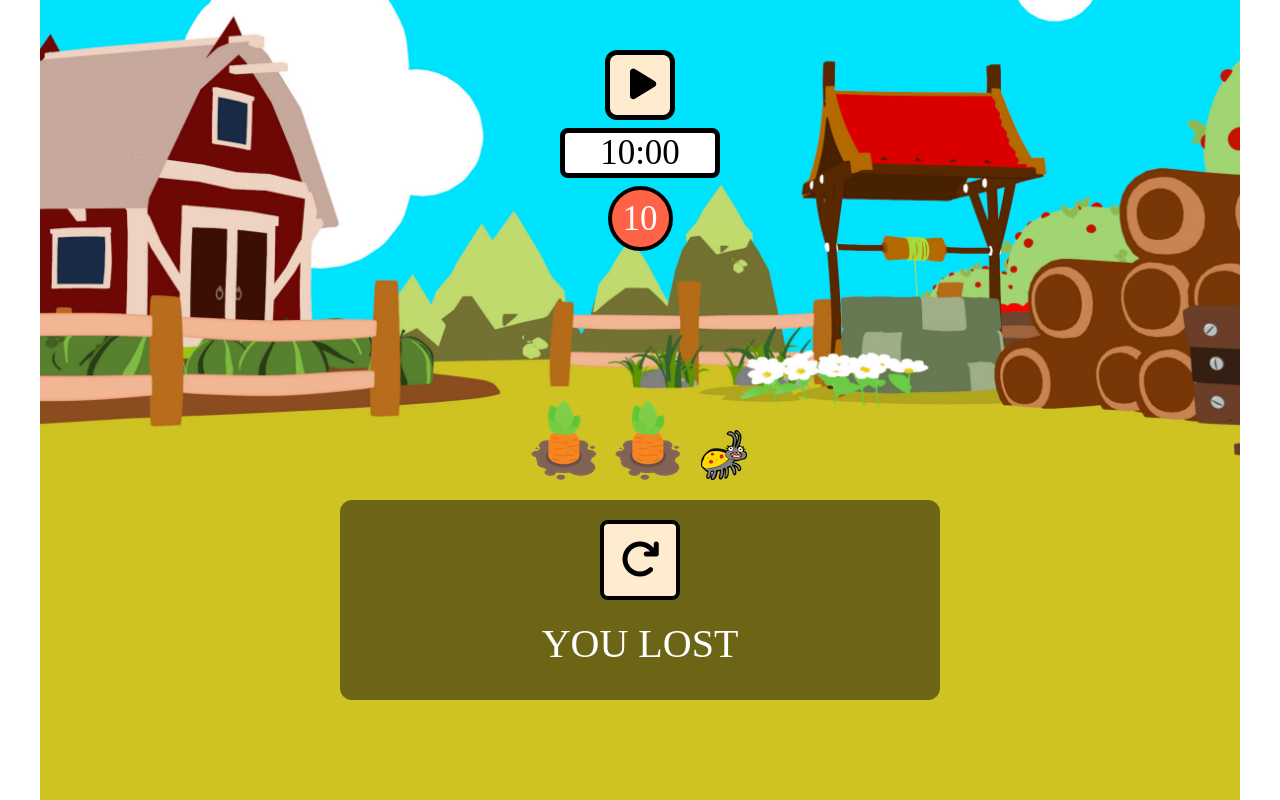
Repository: keehoonjung/Bug-Game
Page: index.html
An editor plug-in stored every save of this project. The page is shown before and after the next save, followed by the edit.
The browser window is 1280 px wide. The pictures show the whole page.
Some web libraries are served in a nearby version.

Above is the page before, as saved 2021-08-10 11:36:22.
Console error: TypeError: Cannot read properties of null (reading 'addEventListener')

### index.html
<!DOCTYPE html>
<html lang="en">
<head>
    <meta charset="UTF-8">
    <meta http-equiv="X-UA-Compatible" content="IE=edge">
    <meta name="viewport" content="width=device-width, initial-scale=1.0">
    <title>Document</title>
    <link rel="stylesheet" href="style.css">
    <script src="main.js"></script>
    <script src="https://kit.fontawesome.com/a7a8d59961.js" crossorigin="anonymous"></script>
</head>
<body>
    <section class="container">
        <section class="header">
            <button class="play__btn">
                <i class="fas fa-play"></i>
            </button>
            <div class="timer">
                10:00
            </div>
            <div class="count">10</div>
        </section>
        <section class="playground">
            <img src="./img/carrot.png" alt="carrot" class="carrot">
            <img src="./img/carrot.png" alt="carrot" class="bug">
            <img src="./img/bug.png" alt="bug">
        </section>
        <div class="popup">
            <button class="popup__btn">
                <i class="fas fa-redo"></i>
            </button>
            <div class="popup__message">YOU LOST</div>
        </div>
    </section>
</body>
</html>

### style.css
* {
  box-sizing: border-box;
}

body {
  margin: 0;
  text-align: center;
}

.container {
  background: center/ cover no-repeat url(/img/background.png);
  width: 1200px;
  height: 800px;
  margin: auto;
}

.header {
  height: 400px;
  padding-top: 50px;
}

.play__btn {
  width: 70px;
  height: 70px;
  background-color: blanchedalmond;
  font-size: 35px;
  border: 5px solid black;
  border-radius: 12px;
  padding-left: 12px;
  margin-bottom: 8px;
}

.timer {
  margin: auto;
  width: 160px;
  height: 50px;
  border: 5px solid black;
  border-radius: 8px;
  font-size: 35px;
  background-color: white;
  margin-bottom: 8px;
}

.count {
  margin: auto;
  width: 65px;
  height: 65px;
  background-color: tomato;
  border: 4px solid black;
  border-radius: 50%;
  font-size: 35px;
  padding: 9px 0;
  color: white;
}

.playground {
  height: 400px;
}

.popup {
  position: relative;
  bottom: 300px;
  left: 300px;
  width: 600px;
  height: 200px;
  background-color: rgba(9, 9, 9, 0.5);
  padding-top: 20px;
  border-radius: 12px;
}

.popup__btn {
  width: 80px;
  height: 80px;
  background-color: blanchedalmond;
  border: 4px solid black;
  border-radius: 8px;
  font-size: 40px;
  margin-bottom: 20px;
}

.popup__message {
  font-size: 40px;
  color: white;
}

### main.js
"use strict";

// 1. 플레이 버튼 누르면 벌래랑 당근 만들기.
const carroutCount = 10;
const bugCount = 6;

const playBtn = document.querySelector(".play__btn");
const playground = document.querySelector(".playground");

playBtn.addEventListener("click", () => {
  createItem();
});

function createItem() {
  createCarrot(carroutCount);
  createBug(bugCount);
}

// 2. 플레이 버튼 누르면 시간 감소

// 3. 당근, 벌래 누르면 없어짐

// 4. 당근 없어질때마다 카운트 감소

// 5. 카운트가 다 달면 팝업 보이기, 시간 다달면 팝업 보이기, 벌래 클릭하면 팝업 보이기

After the next save:
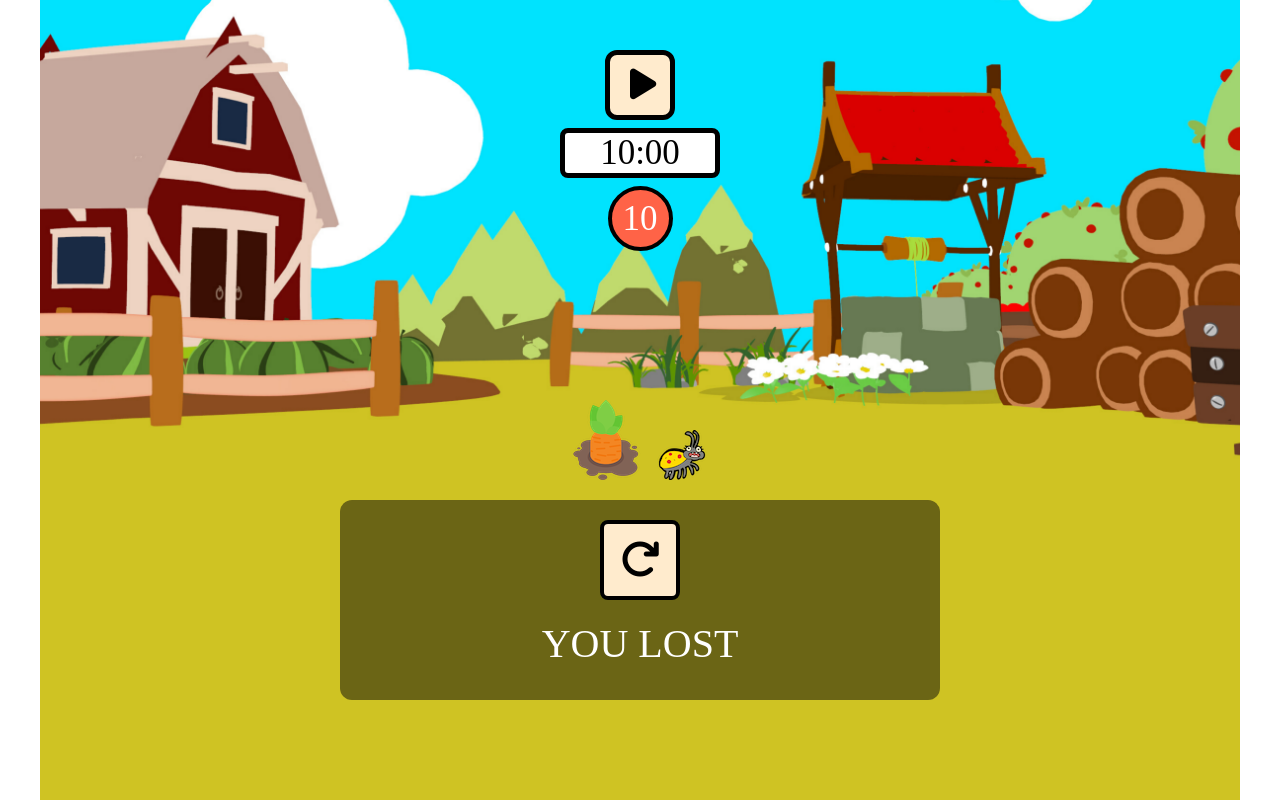
Saved 98 s later.
--- a/style.css
+++ b/style.css
@@ -57,6 +57,10 @@ body {
   height: 400px;
 }
 
+.carrot {
+  position: absolute;
+}
+
 .popup {
   position: relative;
   bottom: 300px;
